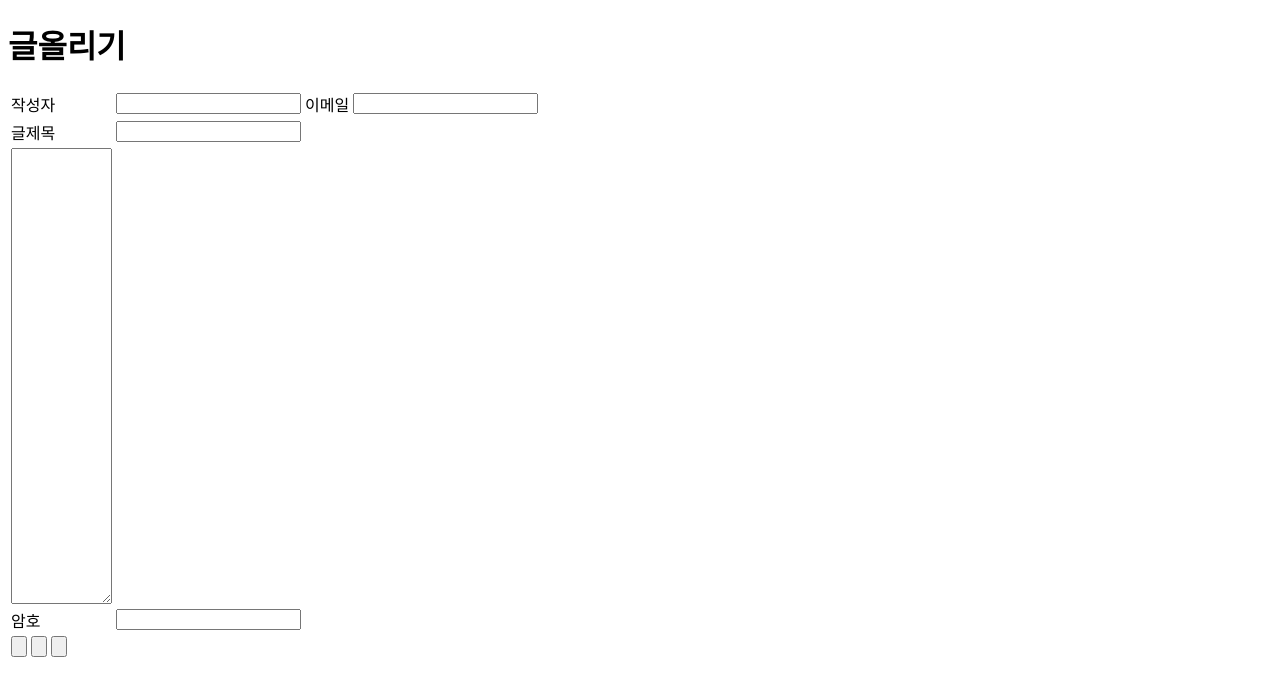
Repository: lch901/webStudy
Page: http://localhost/beanPro/board/write.jsp
An editor plug-in stored every save of this project. The page is shown before and after the next save, followed by the edit.
The browser window is 1280 px wide. The pictures show the whole page.
The page is served by Tomcat 9. Other server files are loaded and not shown.

Above is the page before, as saved 2020-08-27 00:36:46.

### beanPro/WebContent/board/write.jsp
<%@ page language="java" contentType="text/html; charset=UTF-8"
    pageEncoding="UTF-8"%>
<!DOCTYPE html PUBLIC "-//W3C//DTD HTML 4.01 Transitional//EN" "http://www.w3.org/TR/html4/loose.dtd">
<html>
<head>
<meta http-equiv="Content-Type" content="text/html; charset=UTF-8">
<title>Insert title here</title>
</head>
<body>
	<h1>글올리기</h1>
	<form action="write.jsp" method="get">
		<table>
			<tr>
				<td>작성자</td>
				<td><input type="text" name=""></td>
				<td>이메일</td>
				<td><input type="email" name=""></td>
			</tr>
			<tr>
				<td>글제목</td>
				<td><input type="text" name=""></td>
			</tr>
			<tr>
				<td>
					<textarea rows="30" cols="10"></textarea>
				</td>
			</tr>
			<tr>
				<td>암호</td>
				<td><input type="text" name=""></td>
			</tr>
			<tr>
				<td>
					<input type="submit" value="">
					<input type="reset" value="">
					<input type="button" value="" onclick="location.href='list.jsp'">
				</td>
			</tr>
		</table>
	</form>
</body>
</html>

After the next save:
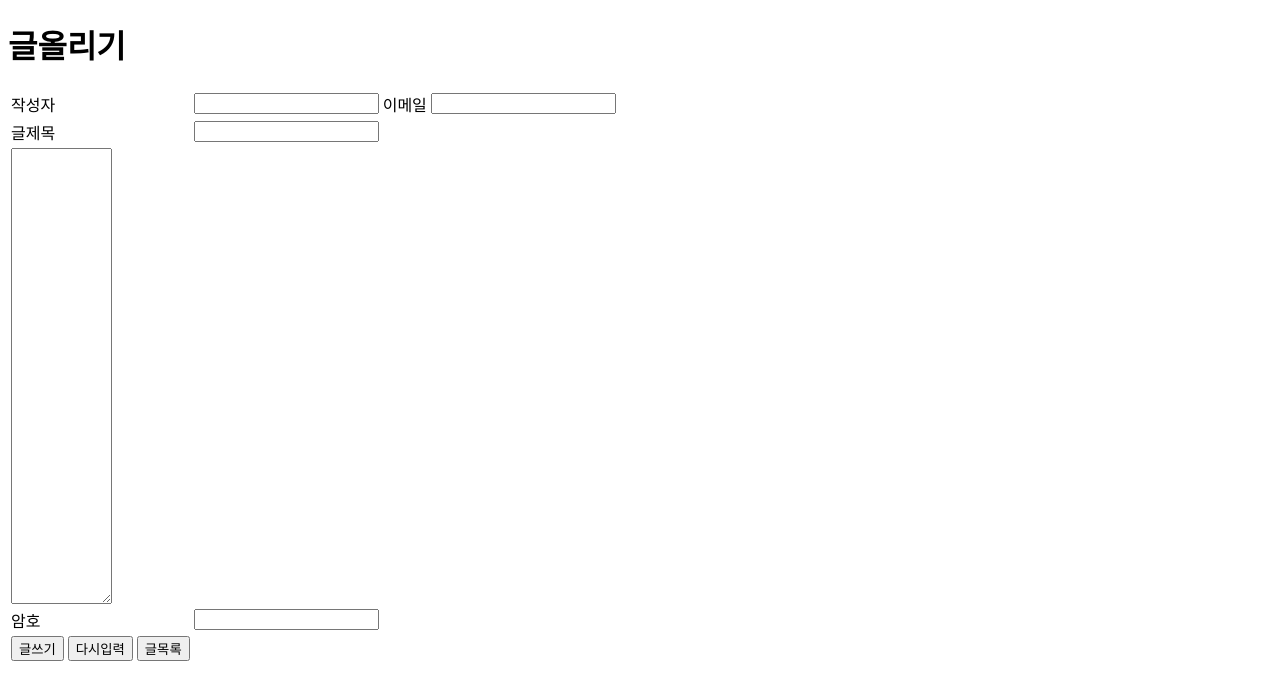
Saved 13 s later.
--- a/beanPro/WebContent/board/write.jsp
+++ b/beanPro/WebContent/board/write.jsp
@@ -31,9 +31,9 @@
 			</tr>
 			<tr>
 				<td>
-					<input type="submit" value="">
-					<input type="reset" value="">
-					<input type="button" value="" onclick="location.href='list.jsp'">
+					<input type="submit" value="글쓰기">
+					<input type="reset" value="다시입력">
+					<input type="button" value="글목록" onclick="location.href='list.jsp'">
 				</td>
 			</tr>
 		</table>
